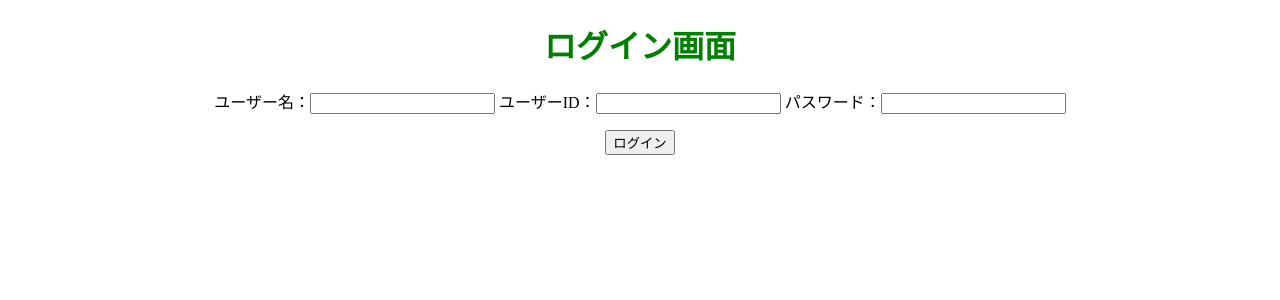
Repository: yasu-0719/Python_Flask
Page: http://localhost/
The author's editor kept a record of every edit. The page is drawn from the files as they stood at one moment, then again after the next edit.
The browser window is 1280 px wide. The pictures show the whole page.
The page is served by the project's application, run on Flask 3 (Python_Flask/app/.~c9_invoke_ByRo0i.py).

Above is the page before.

After the next edit:
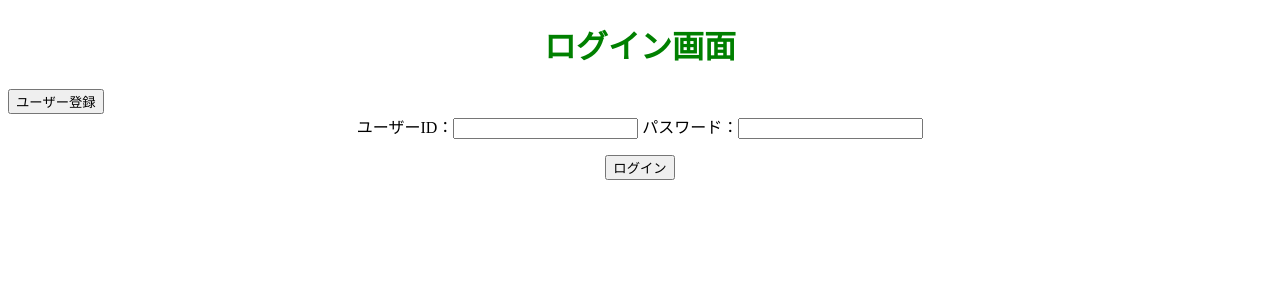
The edit:
--- a/Python_Flask/app/templates/login.html
+++ b/Python_Flask/app/templates/login.html
@@ -10,8 +10,10 @@
     <tr class='message'>
         <p>{{ message }}</p>
     </tr>
-    <form action="/" method="POST" style="text-align: center">
-        ユーザー名：<input type="text" value="" name="user_name">
+    <form action="/transit" method="POST">
+        <input type="submit" value="ユーザー登録" name="users_register">
+    </form>
+    <form action="/login" method="POST" style="text-align: center">
         ユーザーID：<input type="text" value="" name="user_id">
         パスワード：<input type="text" value="" name="password">
         <p>
